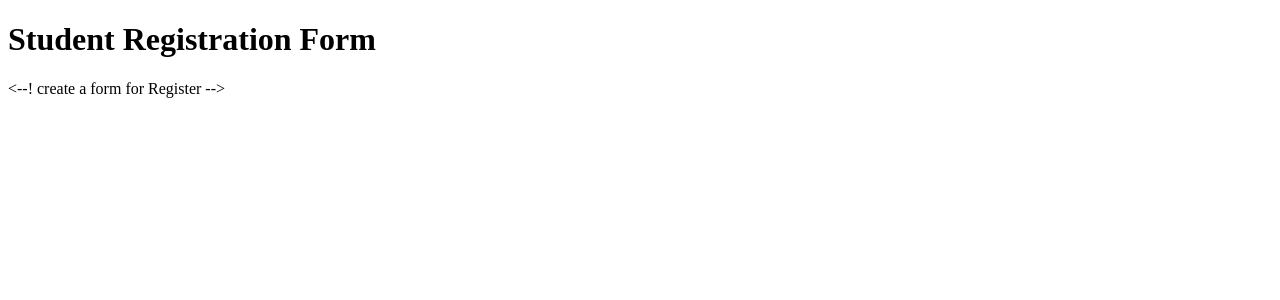
Repository: anik3395/JavaServletProjects
Page: eclipse-workspace/StudentRegistrationSystem/src/main/webapp/registration.html
An editor plug-in stored every save of this project. The page is shown before and after the next save, followed by the edit.
The browser window is 1280 px wide. The pictures show the whole page.

Above is the page before, as saved 2024-10-22 12:25:39.

After the next save:
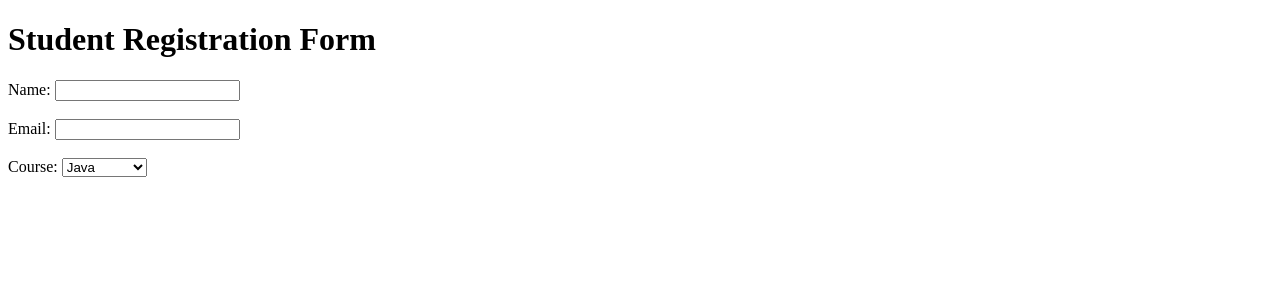
Saved 5 min 18 s later.
--- a/eclipse-workspace/StudentRegistrationSystem/src/main/webapp/registration.html
+++ b/eclipse-workspace/StudentRegistrationSystem/src/main/webapp/registration.html
@@ -8,9 +8,19 @@
 
 <h1>Student Registration Form</h1>
 
- <--! create a form for Register -->
+ <!-- Create a form for Registration -->
 <form action="register" method="post">
+<!-- Create all input field  -->
+Name: <input type="text" name="name" required><br><br>
 
+Email: <input type="email" name="email" required><br><br>
+
+Course: <select name="course">
+            <option >Java</option>
+            <option value="Python">Python</option>
+            <option value="JavaScript">JavaScript</option>
+
+</select>
 
 </form>
 
